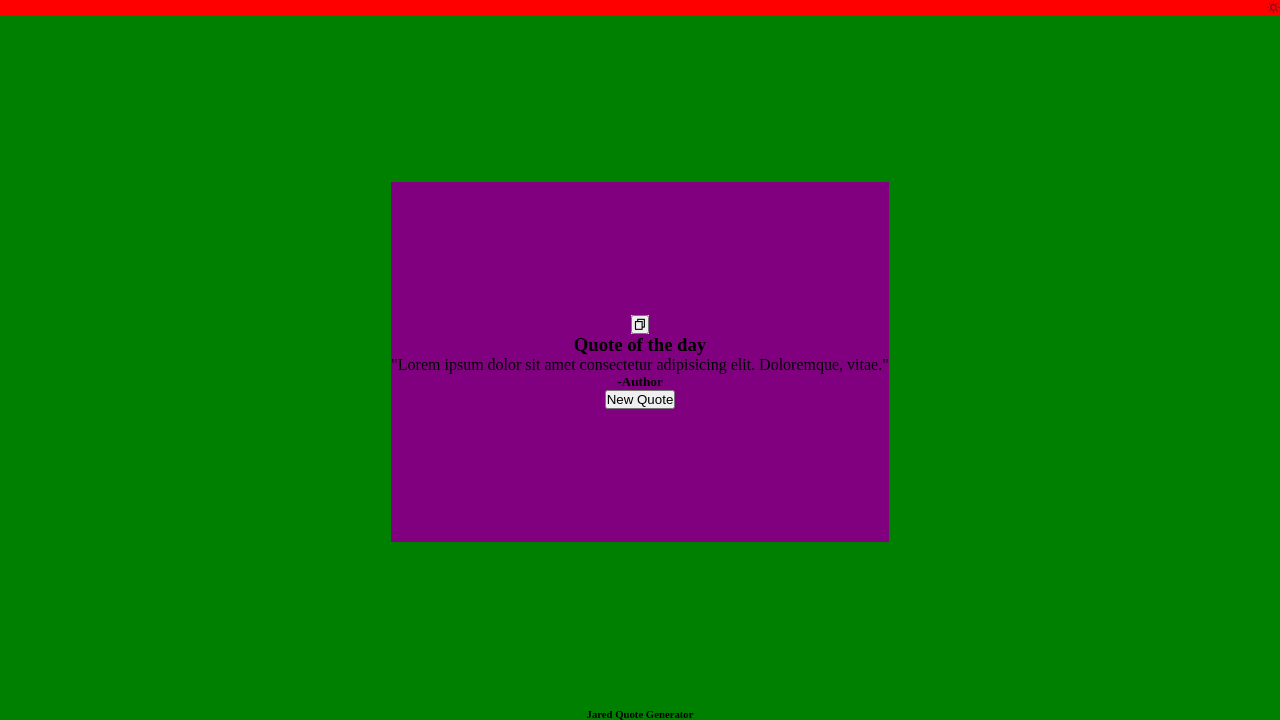
Repository: EguJaredoBoyd/Jared-Quote-Generator
Page: html/main.html
An editor plug-in stored every save of this project. The page is shown before and after the next save, followed by the edit.
The browser window is 1280 px wide. The pictures show the whole page.
Some web libraries are served in a nearby version.

Above is the page before, as saved 2026-01-09 00:41:29.

### html/main.html
<!DOCTYPE html>
<html lang="en">
  <head>
    <meta charset="UTF-8" />
    <meta name="viewport" content="width=device-width, initial-scale=1.0" />
    <link rel="stylesheet" href="../css/style.css" />
    <script src="../js/main.js" defer></script>
    <link
      href="https://cdn.jsdelivr.net/npm/remixicon@4.8.0/fonts/remixicon.css"
      rel="stylesheet"
    />
    <title>Document</title>
  </head>
  <body>
    <div class="container">
      <header>
        <button><i class="ri-sun-line"></i></button>
      </header>
      <main>
        <div class="quote-container">
          <div class="quote-container__copy">
            <button><i class="ri-file-copy-line"></i></button>
          </div>
          <h3>Quote of the day</h3>
          <p>
            "Lorem ipsum dolor sit amet consectetur adipisicing elit.
            Doloremque, vitae."
          </p>
          <div>
            <h5>-Author</h5>
          </div>
          <div>
            <button>New Quote</button>
          </div>
        </div>
      </main>
      <footer>
        <div>
          <h6>Jared Quote Generator</h6>
        </div>
      </footer>
    </div>
  </body>
</html>

### css/style.css
* {
  margin: 0;
  padding: 0;
  box-sizing: border-box;
}

:root {
  --background-color: #7b0d1e;
  --card-color: #f8e5ee;
  --text-color: black;
  --button-color: var(--background-color);
}

.lighter-theme {
  --background-color: var(--card-color);
  --card-color: var(--background-color);
  --text-color: var(--text-color);
  --button-color: var(--button-color);
}

.container {
  background-color: green;
  height: 100vh;
  display: flex;
  flex-direction: column;
  justify-content: space-between;
  align-items: center;
}

header {
  display: flex;
  justify-content: flex-end;
  background-color: red;
  width: 100%;
}

header button {
  border: none;
  background: none;
  color: var(--button-color);
}

.quote-container {
  background-color: purple;
  display: flex;
  flex-direction: column;
  justify-content: center;
  align-items: center;
  height: 50vh;
  width: auto;
}

.quote-container__copy {
  background-color: pink;
}

Loaded but not shown: js/main.js (no copy from this time; the picture is the same without it)

After the next save:
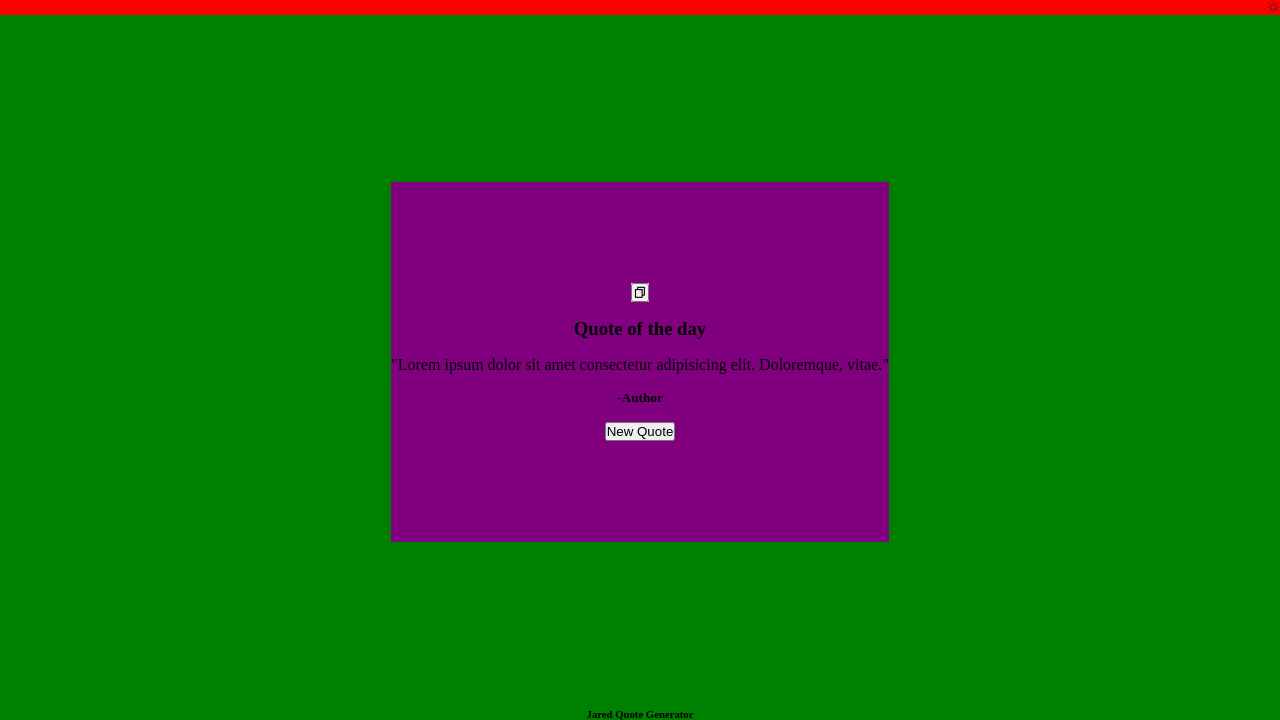
Saved 26 s later.
--- a/css/style.css
+++ b/css/style.css
@@ -48,6 +48,7 @@ header button {
   align-items: center;
   height: 50vh;
   width: auto;
+  row-gap: 1rem;
 }
 
 .quote-container__copy {
